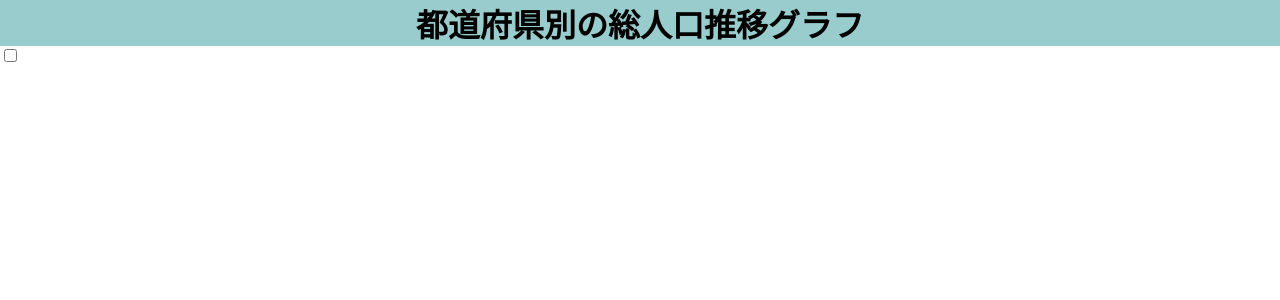
Repository: shisyamoCat/reqriutment-test
Page: /
The author's editor kept a copy of each file at every save. The page is drawn from the files as they stood at one save, then again after the next save.
The browser window is 1280 px wide. The pictures show the whole page.
The page's requests for data from a server got no answer. The project was rebuilt for these pictures with package versions that can differ from the ones it lists, and the page was loaded fresh each time. No one was signed in, and anything a server would have sent is missing. Also part of the build but not shown: src/components/PrefLists.jsx.

Above is the page before, as saved 2022-07-06 16:58:43.

### src/App.js
import './css/App.css';
import React, { useState, useEffect, useCallback } from 'react';
import Highcharts from 'highcharts';
import HighchartsReact from 'highcharts-react-official';
import { PrefLists, Pref } from './components/index';

const App = () => {
    const [pref, setPref] = useState({});
    const [prefData, setPrefData] = useState({});
    const [highcharts, setHighcharts] = useState({});
    const [options, setOptions] = useState({});
    const [isSelected, setIsSelected] = useState(false);
    const selected = [47].fill(false);
    const apiKey = process.env.REACT_APP_API_KEY;

    // const changeSelected = (index) => {
    //     const url = `https://opendata.resas-portal.go.jp/api/v1/population/composition/perYear?cityCode=-&prefCode=${index + 1}`;

    //     // 都道府県のチェック判定の為の配列を用意
    //     // const selectState = selected.slice();

    //     //
    //     // selectState[index] = !selectState[index];
    //     return(
    //         fetch(url, { headers: {"X-API-KEY": apiKey} })
    //     )
    // }

    // 初回レンダリング時に都道府県一覧を取得
    useEffect(() => {
        // RESAS-API 都道府県一覧アドレス
        const url = "'https://opendata.resas-portal.go.jp/api/v1/prefectures'";
        // API-KEYを設定

        fetch(url, { headers: {"X-API-KEY": apiKey} })
        .then(res => console.log(res))
        // .then(response => response.json())
        // .then(data => {
        //     // setPrefData(data.result);
        //     console.log(data);
        // });
    }, []);

    return (
        <div className="wrapper">
            <header className="header">
                <h1 className="h1">都道府県別の総⼈⼝推移グラフ</h1>
            </header>

            <main>
                {selected.map((num, index) => <Pref num={num} key={index.toString()}/>)}
                {/* <PrefLists prefData={prefData} selected={isSelected}/> */}
                {/* <HighchartsReact Highcharts={highcharts} options={options} /> */}
            </main>
        </div>
    );
}

export default App

### src/css/App.css
.header {
  height: auto;
  background-color: #99cccc;
}

.header .h1 {
  width: -webkit-fit-content;
  width: -moz-fit-content;
  width: fit-content;
  margin: 0 auto;
}

.pref-grid {
  width: 50%;
  margin: 0 auto;
  background-color: bisque;
}
/*# sourceMappingURL=App.css.map */

### src/components/index.js
export { default as Pref } from './Pref';
export { default as PrefLists } from './PrefLists';

### src/components/Pref.jsx
import React from "react";

const Pref = (props) => {
    return (
        <div>
            <input
                id='check'
                type="checkbox"
                check="false"
                // onClick={() => setIsSelected(!props.setIsSelected)}
            />
            <label htmlFor="check">{props.num}</label>
        </div>
    )
}

export default Pref

Loaded but not shown: public/index.html (common file); src/index.js (common file); src/index.css (common file); src/reportWebVitals.js (common file)

After the next save:
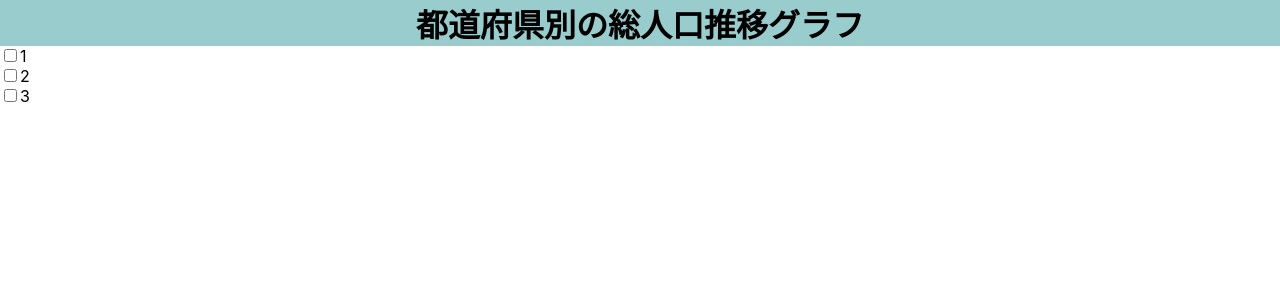
Saved 23 s later.
--- a/src/App.js
+++ b/src/App.js
@@ -48,7 +48,7 @@ const App = () => {
             </header>
 
             <main>
-                {selected.map((num, index) => <Pref num={num} key={index.toString()}/>)}
+                {[1, 2, 3].map((num, index) => <Pref num={num} key={index.toString()}/>)}
                 {/* <PrefLists prefData={prefData} selected={isSelected}/> */}
                 {/* <HighchartsReact Highcharts={highcharts} options={options} /> */}
             </main>
